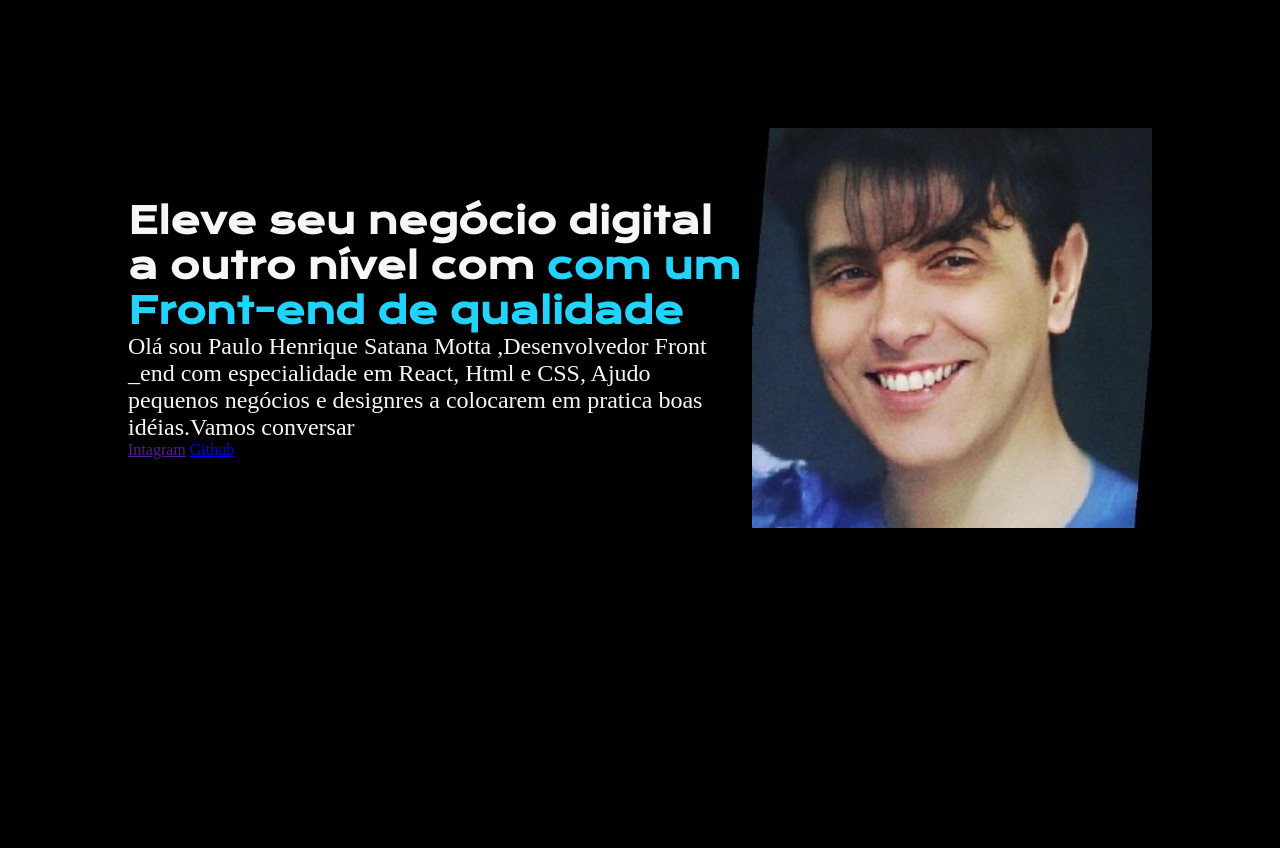
Repository: phsmottanerd/projeto-portfolio-alura
Page: index.html
The author's editor kept a copy of each file at every save. The page is drawn from the files as they stood at one save, then again after the next save.
The browser window is 1280 px wide. The pictures show the whole page.

Above is the page before, as saved 2025-01-23 03:42:34.

### index.html
<!DOCTYPE html>
<html lang="pt-br">
<head>
    <meta charset="UTF-8">
    <meta name="viewport" content="width=device-width, initial-scale=1.0">
    <link rel="stylesheet" href="./style.css">
    <title>Portfólio</title>
</head>
<body>
    <header></header>
    <main class="apresentacao">
       <section class=" apresentacao__conteudo">
            <h1 class=" apresentacao__conteudo__titulo"> Eleve seu negócio digital a outro nível com <strong class="titulo-destaque">  com um Front-end de qualidade</strong></h1>
        <p class="apresentacao__conteudo__texto">Olá sou Paulo Henrique Satana Motta ,Desenvolvedor Front _end
            com especialidade em React, Html e CSS, Ajudo pequenos negócios e designres a colocarem em pratica boas
            idéias.Vamos conversar
        </p>
    <a href="">Intagram</a>
    <a href="https://github.com/phsmottanerd?tab=repositories">Github</a>
</section>
<img src="./img/1722867171561.jpg" alt="imgem-foto">
    </main>
    <footer></footer>
</body>
</html>

### style.css

@import url('https://fonts.googleapis.com/css2?family=Krona+One&family=Montserrat&display=swap');
*{
    margin:0;
    padding: 0;
      box-sizing: border-box;
}
body{
    height:100vh;
    background-color:black;
    color:#f6f6f6;
}

   .titulo-destaque{
    color:#22D4FD;
}
.apresentacao{
    margin:10%;
    display:flex;
    align-items:center;
    justify-content:space-between;
}
.apresentacao__conteudo{
width: 615px;

}
.apresentacao__conteudo__titulo{
    font-size:36px;
    font-family:"Krona One", sans-serf;
}
.apresentacao__conteudo__texto{
    font-size:24px;
  font-family:  " Montserrat",sans-serf;
}

After the next save:
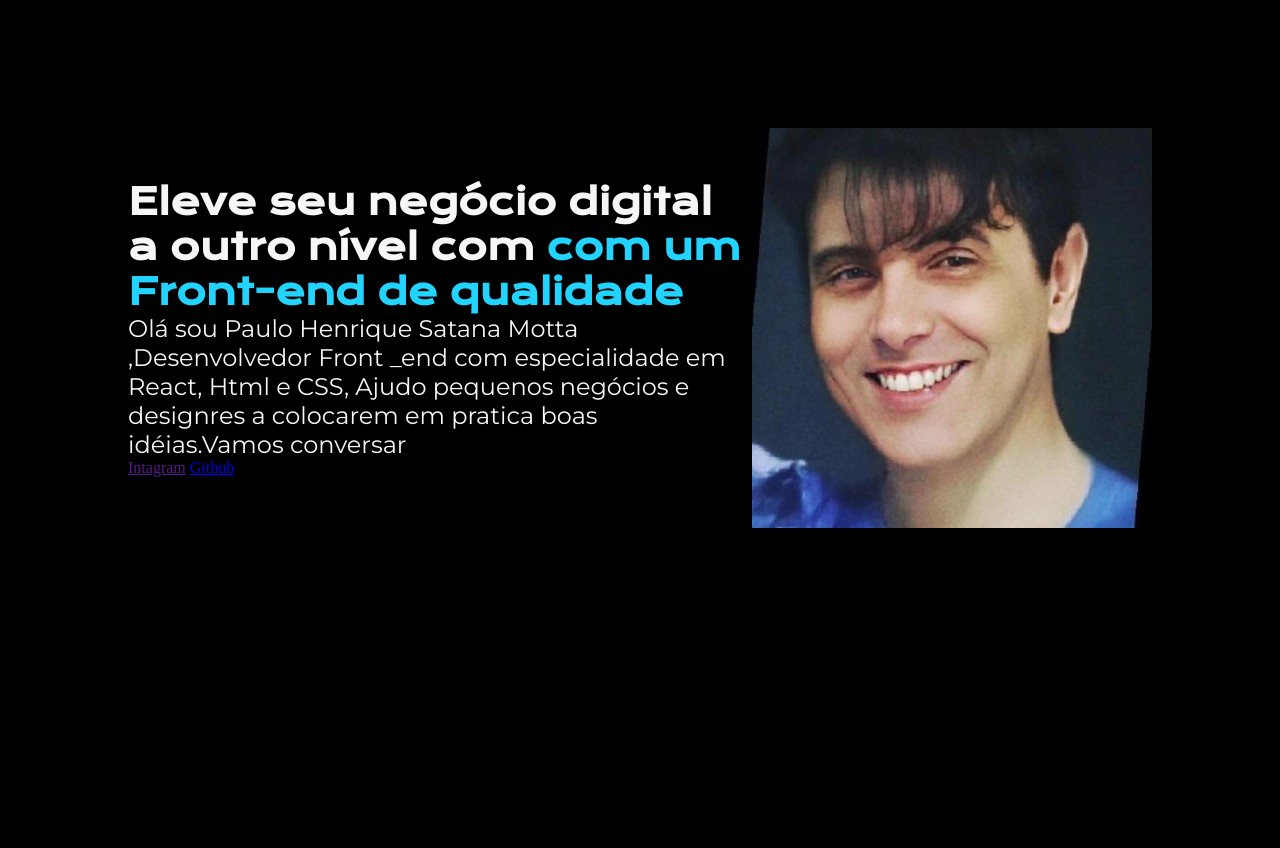
Saved 8 s later.
--- a/style.css
+++ b/style.css
@@ -30,5 +30,5 @@ width: 615px;
 }
 .apresentacao__conteudo__texto{
     font-size:24px;
-  font-family:  " Montserrat",sans-serf;
+  font-family:  "Montserrat",sans-serf;
 }
